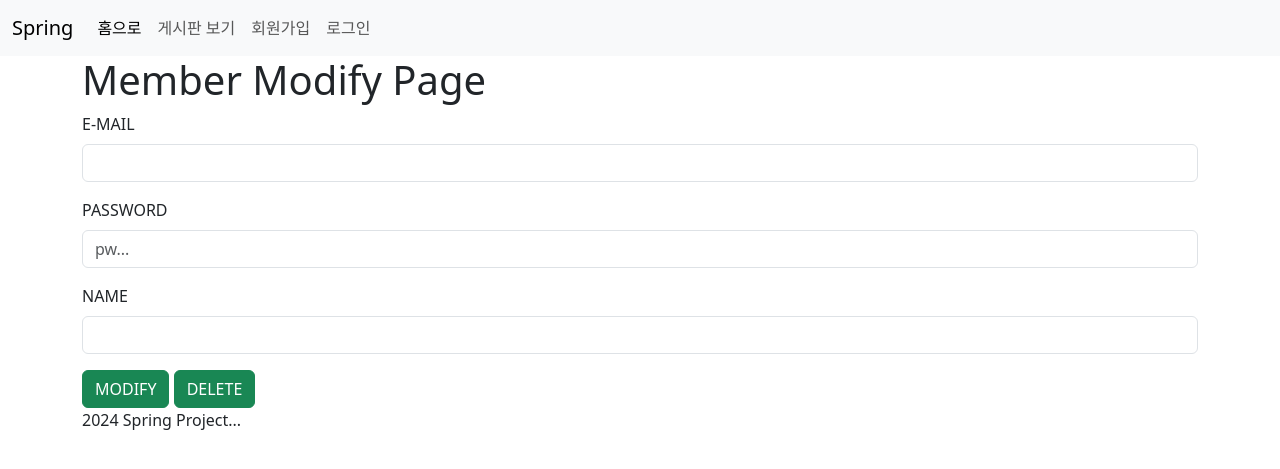
Repository: wanted2001/spring2_project
Page: http://localhost/spring_test2/WEB-INF/views/user/userModify.jsp
An editor plug-in stored every save of this project. The page is shown before and after the next save, followed by the edit.
The browser window is 1280 px wide. The pictures show the whole page.
The page is served by Tomcat 9. Nobody is signed in. The template is opened directly, without the code that normally fills it, so the values that code supplies are empty.

Above is the page before, as saved 2024-05-08 09:15:48.
Console error: TypeError: Cannot read properties of null (reading 'addEventListener')

After the next save:
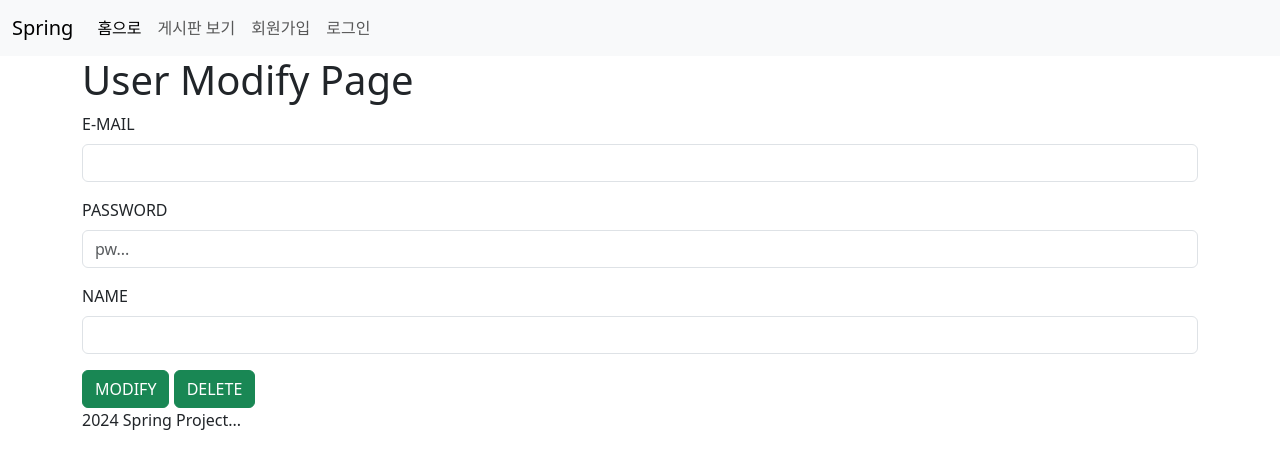
Saved 15 h 28 min later.
--- a/spring_test2/src/main/webapp/WEB-INF/views/user/userModify.jsp
+++ b/spring_test2/src/main/webapp/WEB-INF/views/user/userModify.jsp
@@ -4,7 +4,7 @@
 	prefix="sec"%>
 <jsp:include page="../layout/header.jsp" />
 <div class="container-md">
-	<h1>Member Modify Page</h1>
+	<h1>User Modify Page</h1>
 	<form action="/user/userModify" method="post">
 	<sec:authentication property="principal.uvo.email" var="authEmail"/>
 	<sec:authentication property="principal.uvo.pwd" var="authPwd"/>
